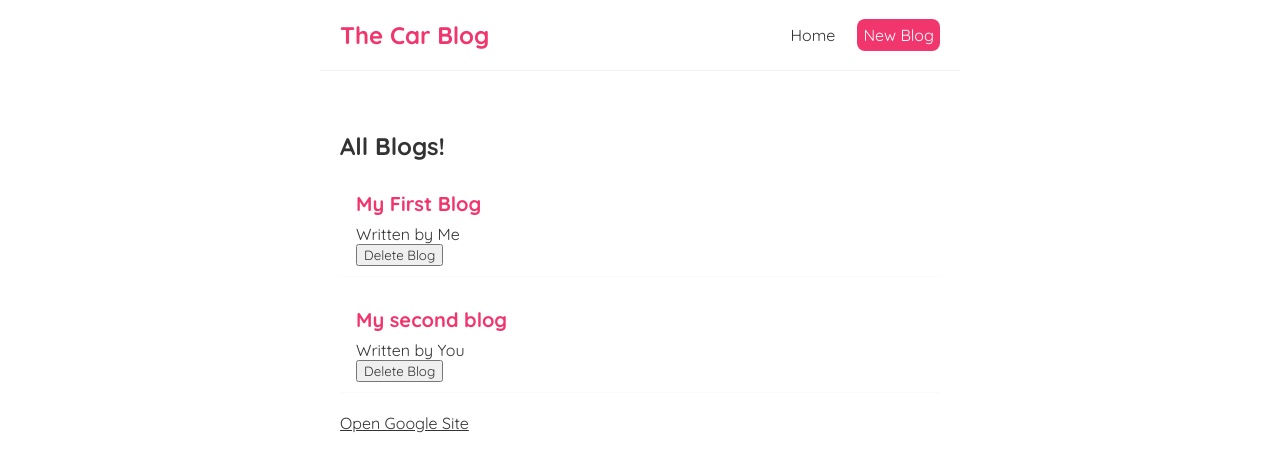
Repository: anuragkej/blogster
Page: /
An editor plug-in stored every save of this project. The page is shown before and after the next save, followed by the edit.
The browser window is 1280 px wide. The pictures show the whole page.
The project was rebuilt for these pictures with package versions that can differ from the ones it lists, and the page was loaded fresh each time. Requests to the local data server were answered from the project's data file.

Above is the page before, as saved 2024-09-05 14:30:49.

After the next save:
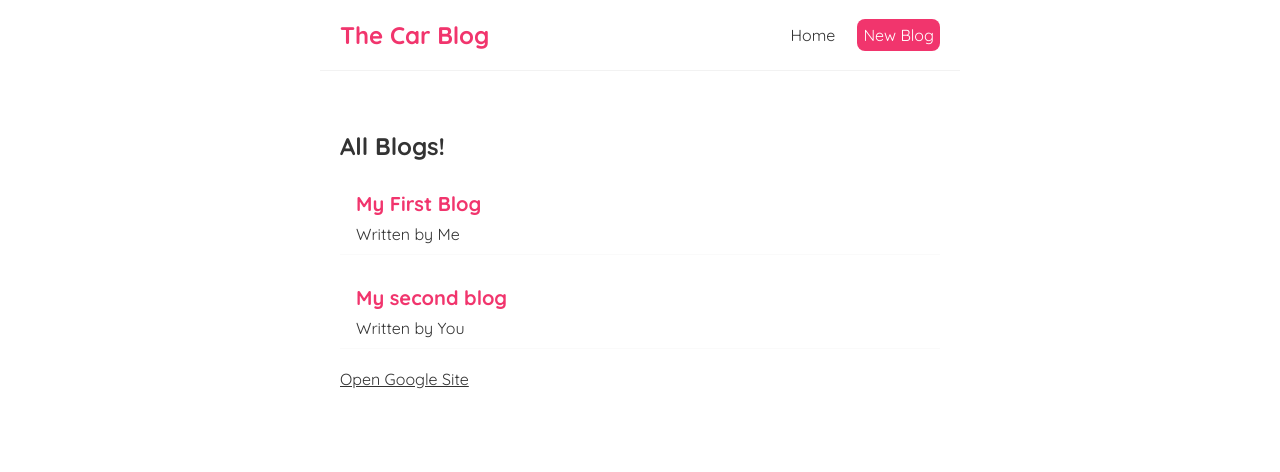
Saved 108 s later.
--- a/src/BlogList.js
+++ b/src/BlogList.js
@@ -1,4 +1,4 @@
-const BlogList = ({ blogs, title, handleDelete }) => {
+const BlogList = ({ blogs, title }) => {
   //   const blogs = props.blogs;
   //   const title = props.title;
   //   const handleDelete = props.handleDelete;
@@ -10,7 +10,6 @@ const BlogList = ({ blogs, title, handleDelete }) => {
         <div className="blog-preview" key={blog.id}>
           <h2>{blog.title}</h2>
           <p>Written by {blog.author}</p>
-          <button onClick={() => handleDelete(blog.id)}>Delete Blog</button>
         </div>
       ))}
     </div>
